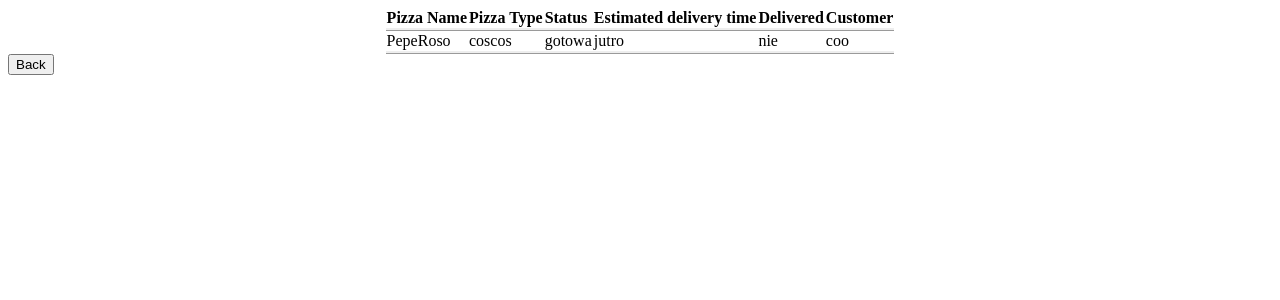
Repository: wisni4k/html-trainee
Page: testWeb/WebContent/OrdersList.html
The author's editor kept a copy of each file at every save. The page is drawn from the files as they stood at one save, then again after the next save.
The browser window is 1280 px wide. The pictures show the whole page.

Above is the page before, as saved 2015-07-10 13:17:00.

### testWeb/WebContent/OrdersList.html
<!DOCTYPE html>
<html>
<head>
<meta charset="UTF-8">
<title>Insert title here</title>
<link rel="stylesheet" type="text/css" href="TableStyle.css">
</head>
<body>

	<table>
		<tr>
			<td><b>Pizza Name</b></td>
			<td><b>Pizza Type</b></td>
			<td><b>Status </b></td>
			<td><b>Estimated delivery time</b></td>
			<td><b>Delivered</b></td>
			<td><b>Customer</b></td>

		</tr>
		<tr>
			<td>PepeRoso</td>
			<td>coscos</td>
			<td>gotowa</td>
			<td>jutro</td>
			<td>nie</td>
			<td>coo</td>
		</tr>
	</table>
	<form action="Formularz.html">
		<input type="submit" value="Back">
	</form>

</body>
</html>

### testWeb/WebContent/TableStyle.css
@CHARSET "UTF-8";

table ,td{
	border-collapse: collapse;
	border-bottom-style: inset;
	margin-left: auto;
	margin-right: auto;
}

After the next save:
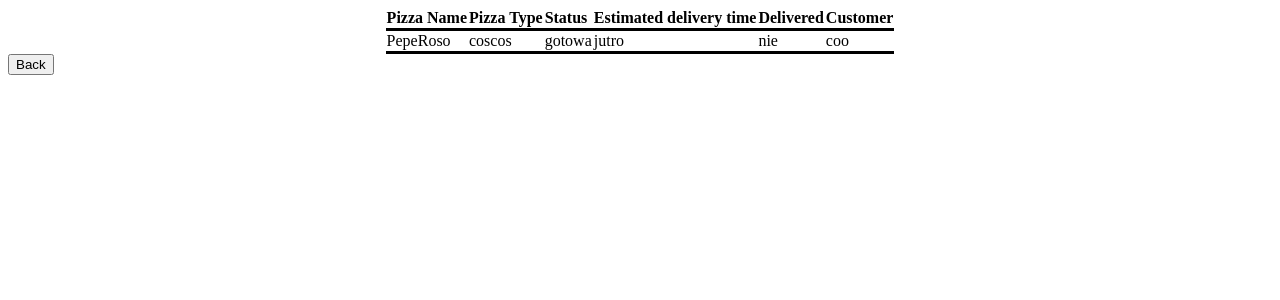
Saved 9 s later.
--- a/testWeb/WebContent/TableStyle.css
+++ b/testWeb/WebContent/TableStyle.css
@@ -2,7 +2,7 @@
 
 table ,td{
 	border-collapse: collapse;
-	border-bottom-style: inset;
+	border-bottom-style: solid;
 	margin-left: auto;
 	margin-right: auto;
 }
